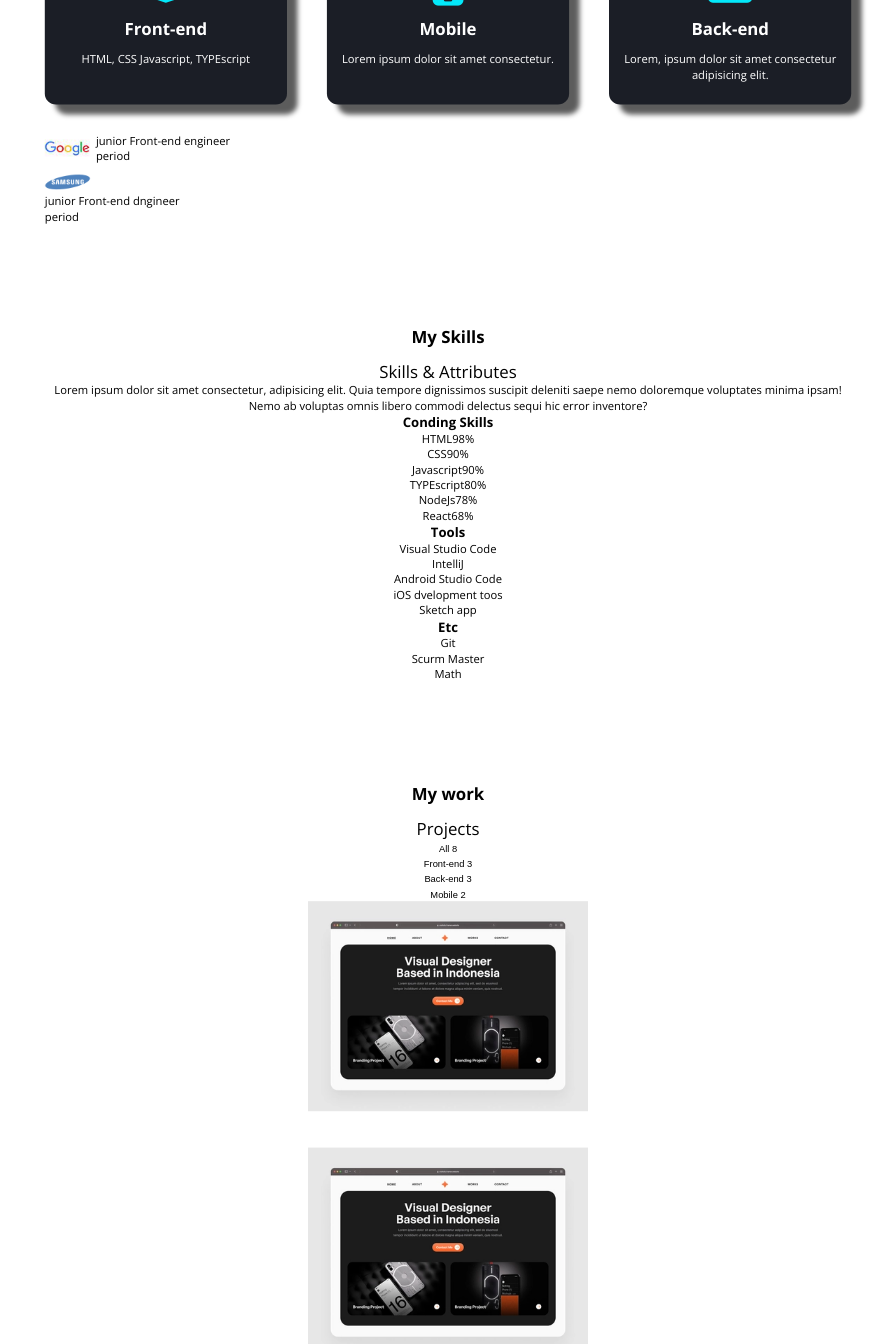
Repository: Arden-Sol/portfolio-website-clone-coding
Page: index.html
The author's editor kept a copy of each file at every save. The page is drawn from the files as they stood at one save, then again after the next save.
The browser window is 1280 px wide. The pictures show the part of the page from y = 1028 to 2948 px (the page is 6699 px tall before and 6688 px after), at 70% of full size.
Some web libraries are served in a nearby version.

Above is the page before, as saved 2024-03-26 21:53:01.

### index.html
<!DOCTYPE html>
<html lang="en">

<head>
  <meta charset="UTF-8">
  <meta name="viewport" content="width=device-width, initial-scale=1.0">
  <!-- SEO -->
  <title>Arden&#39;s portfolio</title>
  <meta name="description" content="포트폴리오 연습장" />
  <meta name="author" content="arden">
  <link rel="shortcut icon" href="image/favicon.jpg" type="image/x-icon">
  <!-- OG (Open Graph Data) -->
  <meta property="og:title" content="포트폴리오">
  <meta property="og:type" content="website">
  <meta property="og:url" content="배포후 생성된 URL">
  <meta property="og:image" content="배포후 생성된 이미지 URL">
  <!-- Goole Font -->
  <link rel="preconnect" href="https://fonts.googleapis.com">
  <link rel="preconnect" href="https://fonts.gstatic.com" crossorigin>
  <link href="https://fonts.googleapis.com/css2?family=Open+Sans:ital,wght@0,300..800;1,300..800&display=swap"
    rel="stylesheet">
  <!-- Font Awesome -->
  <script src="https://kit.fontawesome.com/4dc9c1b526.js" crossorigin="anonymous"></script>
  <!-- CSS -->
  <link rel="stylesheet" href="css/style.css">
  <!-- Javascript -->
  <script src="src/main.js" defer></script>
</head>

<body>
  <!-- Header -->
  <header class="header">
    <div class="header__logo">
      <img class="header__logo__img" src="image/favicon.jpg" alt="">
      <h1 class="header__logo__title"><a href="#">Ellie</a></h1>
    </div>
    <nav>
      <ul class="header__menu">
        <li><a class="header__menu__item active" href="#home">Home</a></li>
        <li><a class="header__menu__item" href="#about">About</a></li>
        <li><a class="header__menu__item" href="#skills">Skills</a></li>
        <li><a class="header__menu__item" href="#work">My work</a></li>
        <li><a class="header__menu__item" href="#testimonial">Testimonials</a></li>
        <li><a class="header__menu__item" href="#contact">Contact</a></li>
      </ul>
    </nav>
  </header>
  <!-- Main -->
  <main>
    <!-- Home -->
    <section id="home" class="section">
      <img class="home__avatar" src="image/picture.jpg" alt="picture">
      <h2 class="home__title">Lorem <br> <strong class="home__title--strong">ipsum dolor</strong> sit amet consectetur
        ad.</h2>
      <p class="home__description">Lorem ipsum dolor sit amet consectetur adipisicing elit. Rerum placeat optio beatae
        assumenda incidunt harum
        vel?</p>
      <a class="home__contact" href="#contact">Contact me</a>
    </section>
    <!-- About -->
    <section id="about" class="section">
      <h2 class="title">About me</h2>
      <p class="description">Lorem ipsum dolor sit amet, consectetur adipisicing elit. Soluta, consequatur.</p>
      <ul class="majors">
        <li class="major">
          <i class="fa-brands fa-html5 major__icon"></i>
          <p class="major__title">Front-end</p>
          <p>HTML, CSS Javascript, TYPEscript</p>
        </li>
        <li class="major">
          <i class="fa-solid fa-mobile major__icon"></i>
          <p class="major__title">Mobile</p>
          <p>Lorem ipsum dolor sit amet consectetur.</p>
        </li>
        <li class="major">
          <i class="fa-solid fa-server major__icon"></i>
          <p class="major__title">Back-end</p>
          <p>Lorem, ipsum dolor sit amet consectetur adipisicing elit.</p>
        </li>
      </ul>
      <ul class="jobs">
        <li class="job"><img src="image/jobs/google.png" alt="google">
          <div>
            <p class="job__name">junior Front-end engineer</p>
            <p class="job__period">period</p>
          </div>
        </li>
        <li><img src="image/jobs/samsung.png" alt="samsung">
          <div>
            <p class="job__name">
              junior Front-end dngineer
            </p>
            <p class="job__period">period</p>
          </div>
        </li>
      </ul>
    </section>
    <!-- Skills -->
    <section id=" skills" class="section" class="section">
      <h2 class="title">My Skills</h2>
      <p class="description">Skills & Attributes</p>
      <p>Lorem ipsum dolor sit amet consectetur, adipisicing elit. Quia tempore dignissimos suscipit deleniti saepe nemo
        doloremque voluptates minima ipsam! Nemo ab voluptas omnis libero commodi delectus sequi hic error inventore?
      </p>
      <div>
        <section>
          <h3>Conding Skills</h3>
          <ul>
            <li>
              <div><span>HTML</span><span>98%</span></div>
              <div>
                <div style="width: 98%"></div>
              </div>
            </li>
            <li>
              <div><span>CSS</span><span>90%</span></div>
              <div>
                <div style="width: 98%"></div>
              </div>
            </li>
            <li>
              <div><span>Javascript</span><span>90%</span></div>
              <div>
                <div style="width: 98%"></div>
              </div>
            </li>
            <li>
              <div><span>TYPEscript</span><span>80%</span></div>
              <div>
                <div style="width: 98%"></div>
              </div>
            </li>
            <li>
              <div><span>NodeJs</span><span>78%</span></div>
              <div>
                <div style="width: 98%"></div>
              </div>
            </li>
            <li>
              <div><span>React</span><span>68%</span></div>
              <div>
                <div style="width: 98%"></div>
              </div>
            </li>
          </ul>
        </section>
        <section>
          <h3>Tools</h3>
          <ul>
            <li>Visual Studio Code</li>
            <li>IntelliJ</li>
            <li>Android Studio Code</li>
            <li>iOS dvelopment toos</li>
            <li>Sketch app</li>
          </ul>
        </section>
        <section>
          <h3>Etc</h3>
          <ul>
            <li>Git</li>
            <li>Scurm Master</li>
            <li>Math</li>
          </ul>
        </section>
      </div>
    </section>
    <!-- Work -->
    <section id="work" class="section">
      <h2 class="title">My work</h2>
      <p class="description">Projects</p>
      <ul>
        <li><button>All <span>8</span></button></li>
        <li><button>Front-end <span>3</span></button></li>
        <li><button>Back-end <span>3</span></button></li>
        <li><button>Mobile <span>2</span></button></li>
      </ul>
      <ul>
        <li>
          <a href="#" target="_blank">
            <img src="image/projects/project1.webp" alt="project8">
            <div>
              <h3>Project #1</h3>
              <p>Clone Coding with HTML, CSS</p>
            </div>
          </a>
        </li>
        <li><a href="#" target="_blank"><img src="image/projects/project1.webp" alt="project1">
            <div>
              <h3>Project #1</h3>
              <p>Clone Coding with HTML, CSS</p>
            </div>
          </a></li>
        <li><a href="#" target="_blank"><img src="image/projects/project2.webp" alt="project2">
            <div>
              <h3>Project #2</h3>
              <p>Clone Coding with HTML, CSS</p>
            </div>
          </a></li>
        <li><a href="#" target="_blank"><img src="image/projects/project3.webp" alt="project3">
            <div>
              <h3>Project #3</h3>
              <p>Clone Coding with HTML, CSS</p>
            </div>
          </a></li>
        <li><a href="#" target="_blank"><img src="image/projects/project4.webp" alt="project4">
            <div>
              <h3>Project #4</h3>
              <p>Clone Coding with HTML, CSS</p>
            </div>
          </a></li>
        <li><a href="#" target="_blank"><img src="image/projects/project5.webp" alt="project5">
            <div>
              <h3>Project #5</h3>
              <p>Clone Coding with HTML, CSS</p>
            </div>
          </a></li>
        <li><a href="#" target="_blank"><img src="image/projects/project6.webp" alt="project6">
            <div>
              <h3>Project #6</h3>
              <p>Clone Coding with HTML, CSS</p>
            </div>
          </a></li>
        <li><a href="#" target="_blank"><img src="image/projects/project7.webp" alt="project7">
            <div>
              <h3>Project #7</h3>
              <p>Clone Coding with HTML, CSS</p>
            </div>
          </a></li>
      </ul>
    </section>
    <!-- Testimonials -->
    <section id="testimonial" class="section">
      <h2 class="title">Testimonial</h2>
      <p class="description">See what they say about me</p>
      <ul>
        <li><img src="image/testimonials/people1.webp" alt="people1">
          <p>Lorem ipsum dolor sit amet consectetur adipisicing elit. Veniam ab quasi totam excepturi iure enim iusto
            facilis ut odio facere quaerat, sapiente nesciunt eveniet magnam porro, officiis molestiae, et nobis!</p>
          <p><a href="#">James Kim</a> /Google</p>
        </li>
        <li><img src="image/testimonials/people2.webp" alt="people2">
          <div>
            <p>Lorem ipsum dolor sit amet consectetur, adipisicing elit. Deleniti est neque ipsum distinctio accusamus
              expedita molestiae mollitia animi odio quam minus a atque exercitationem quidem nisi, dolores vel quisquam
              ipsa.</p>
            <p><a href="#">Anna Jin /Samsung</a></p>
          </div>
        </li>
        <li>
          <img src="image/testimonials/people3.webp" alt="people3">
          <div>
            <p>Lorem ipsum dolor sit amet consectetur adipisicing elit. Aut rerum quam quae impedit esse atque laborum
              accusantium maxime repudiandae assumenda, perferendis beatae repellat at? Nam, soluta assumenda. Veniam,
              odit possimus?</p>
            <p><a href="#">Anna Jin /Samsung</a></p>
          </div>
        </li>
      </ul>
    </section>
    <!-- Arrow up -->
    <aside>
      <a href="#home" title="back to top">
        <i class="fa-solid fa-arrow-up"></i></a>
    </aside>
  </main>
  <!-- Footer -->
  <footer id="contact" class="section">
    <h2 class="title">Let&#39;s talk</h2>
    <p class="description">highhigh222@naver.com</p>
    <ul>
      <li>
        <a href="#" title="arden github link" target="_blank">
          <i class="fa-brands fa-github"></i>
        </a>
      </li>
      <li>
        <a href="#" title="arden linkedin link" target="_blank">
          <i class="fa-brands fa-linkedin"></i>
        </a>
      </li>
    </ul>
    <p>Dream Coding ellie - All right reserved</p>
  </footer>


</body>

</html>

### css/style.css
/* Global */
:root {
/* App Colors */
--color-primary: var(--color-black);
--color-primary-variant: var(--color-gray);
--color-accent: var(--color-blue);
--color-accent-variant: var(--color-orange);
--color-text: var(--color-white);

  /* Colors */
--color-white: #ffffff;
--color-black: #050a13;
--color-blue: #03e8f9;
--color-orange: #fd6413;
--color-gray: #1b1e26;
}

*{
  box-sizing: border-box;
}

body {
  margin : 0;
  font-family: 'Open Sans', sans-serif;
}

h1, h2, h3,p,ul {
  margin : 0;

}

ul{
  list-style: none;
  padding: 0;
}
a {
  text-decoration: none;
  color : var(--color-text);
}

button {
  background-color: transparent;
  outline: 0;
  border : 0;
}

button:hover {
  outline: 1px solid var(--color-accent);
}

/* Common */
.section {
  padding: 4rem;
  text-align: center;
}
.title {
  font-size: 2.5;
  margin: 1rem 0;
}
.description {
  font-size: 1.5rem;
}


/* Header */
.header{
  position:fixed;
  top:0;
  width: 100%;
  display: flex;
  justify-content: space-between;
  align-items: center;
  padding: 1rem;
  background-color: black;
}
.header__logo {
  display: flex;
  align-items: center;
  gap:8px;
}
.header__logo__img {
  width: 36px;
  height: 36px;
  border-radius: 100%;
}
.header__logo__title {
  font-size: 1.8rem;
}
.header__menu {
  display: flex;
  gap:4px
}
.header__menu__item {
  padding: 8px 16px;
}
.header__menu__item:hover {
  border-bottom:1px solid var(--color-accent)
}
.header__menu__item.active {
  border:1px solid var(--color-accent);
  border-radius: 4px;
}
/* Home */
#home{
  background-color: var(--color-primary);
  color: var(--color-text);
  padding : 5rem 1rem;
  padding-top: 7rem;
  text-align: center;
}
.home__avatar{
  width: 250px;
  height: 250px;
  object-fit:cover;
  border-radius: 100%;
  border:3px solid var(--color-accent);
}
.home__title {
  font-size: 3rem;
  margin-bottom: 1rem;
}
.home__title--strong{
  color: var(--color-accent);
}
.home__description {
  font-size: 1.3rem;
}
.home__contact{
  display: inline-block;
  background-color: var(--color-accent);
  color:var(--color-black);
  padding : 0.5rem 1rem;
  margin: 2rem;
  font-weight: bold;
  border-radius: 4px;
}
.home__contact:hover{
  background-color: transparent;
  color: var(--color-text);
  outline: 2px solid var(--color-accent);
}
/* About me */
.majors{
  display: flex;
  justify-content: space-between;
  gap:1rem;
  margin: 2.5rem 0;
}
.major {
  background-color: var(--color-primary-variant);
  padding: 2rem 1rem;
  width: 30%;
  color: var(--color-text);
  border-radius: 1rem;
  cursor: default;
  box-shadow: 15px 14px 8px 0px rgba(0,0,0,0.64);
}
.major__icon{
  font-size: 4rem;
  margin: 1rem 0;
  color: var(--color-accent);
  transition: all 300ms ease;
}
.major__title{
  font-size: 1.5rem;
  font-weight: bold;
  margin-bottom:1rem;
}
.major:hover .major__icon{
  transform: rotate(-15deg) scale(1.2);
}
.jobs{
  text-align: start;
}
.job {
  display: flex;
  align-items: center;
  gap:8px;
  margin-bottom: 1rem;
}

Loaded but not shown: src/main.js (common file)

After the next save:
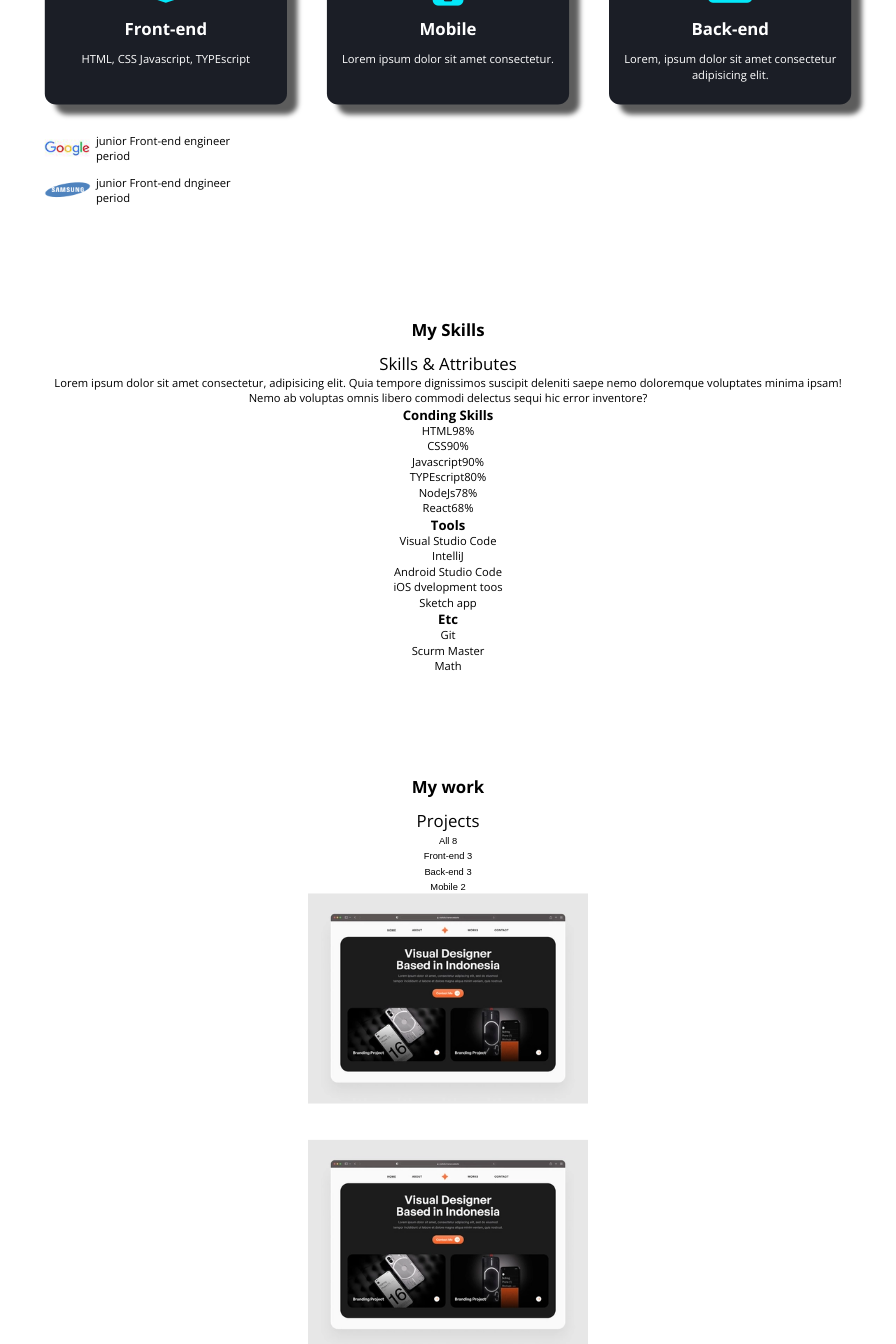
Saved 58 s later.
--- a/index.html
+++ b/index.html
@@ -85,7 +85,7 @@
             <p class="job__period">period</p>
           </div>
         </li>
-        <li><img src="image/jobs/samsung.png" alt="samsung">
+        <li class="job"><img src="image/jobs/samsung.png" alt="samsung">
           <div>
             <p class="job__name">
               junior Front-end dngineer
